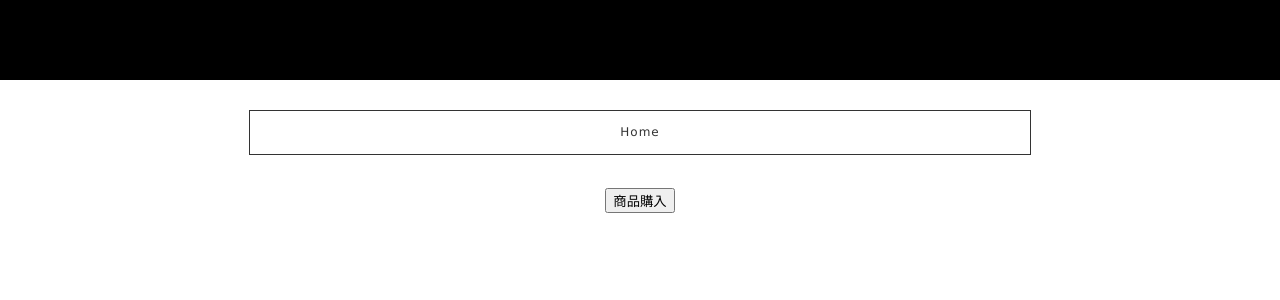
Repository: hagihara-eisuke01/Ecsite
Page: http://localhost/template/
These files come from the project's save history. The page is drawn as it stood at one moment and after the next save; the edit follows.
The browser window is 1280 px wide. The pictures show the whole page.
The page is served by Tomcat 9. Other server files are loaded and not shown.

Above is the page before, as saved 2019-11-22 11:41:23.

### template/WebContent/home.jsp
<%@ page language="java" contentType="text/html; charset=UTF-8"
    pageEncoding="UTF-8"%>
<%@ taglib prefix="s" uri="/struts-tags" %>
<!DOCTYPE html>
<html>
<head>
<meta charset="UTF-8">
<link rel="stylesheet" type="text/css" href="./css/style.css">
<title>Home画面</title>
</head>
<body>

  <div id="header">
  </div>
  <div id="main">
    <div id="top">
       <p>Home</p>
    </div>
    <div>
         <s:form action="HomeAction">
         <s:submit value="商品購入"/>
         </s:form>
    </div>
  </div>
  <div id="footer" ></div>

</body>
</html>

### template/WebContent/css/style.css
body{
	margin:0;
	padding:0;
	line-height:1.6;
	letter-spacing:1px;
	font-family:verdana, Helvetica, sans-serif;
	font-size:12px;
	color:#333;
	background:#fff;
}

table{
	text-align:center;
	margin:0 auto;
}

#top{
	width:780px;
	margin:30px auto;
	border:1px solid #333;
}

#header{
	width:100%;
	height:80px;
	background-color:black;
}

#main{
	width:100%;
	height:500px;
	text-align:center;
}

#footer{
	width:100%;
	height80px;
	background-color:black;
	clear:both;
}

After the next save:
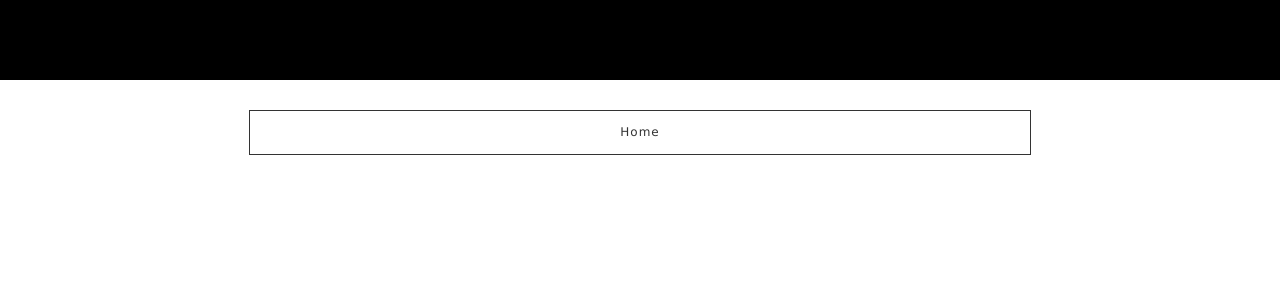
Saved 27 min 57 s later.
--- a/template/WebContent/home.jsp
+++ b/template/WebContent/home.jsp
@@ -16,11 +16,7 @@
     <div id="top">
        <p>Home</p>
     </div>
-    <div>
-         <s:form action="HomeAction">
-         <s:submit value="商品購入"/>
-         </s:form>
-    </div>
+
   </div>
   <div id="footer" ></div>
 
